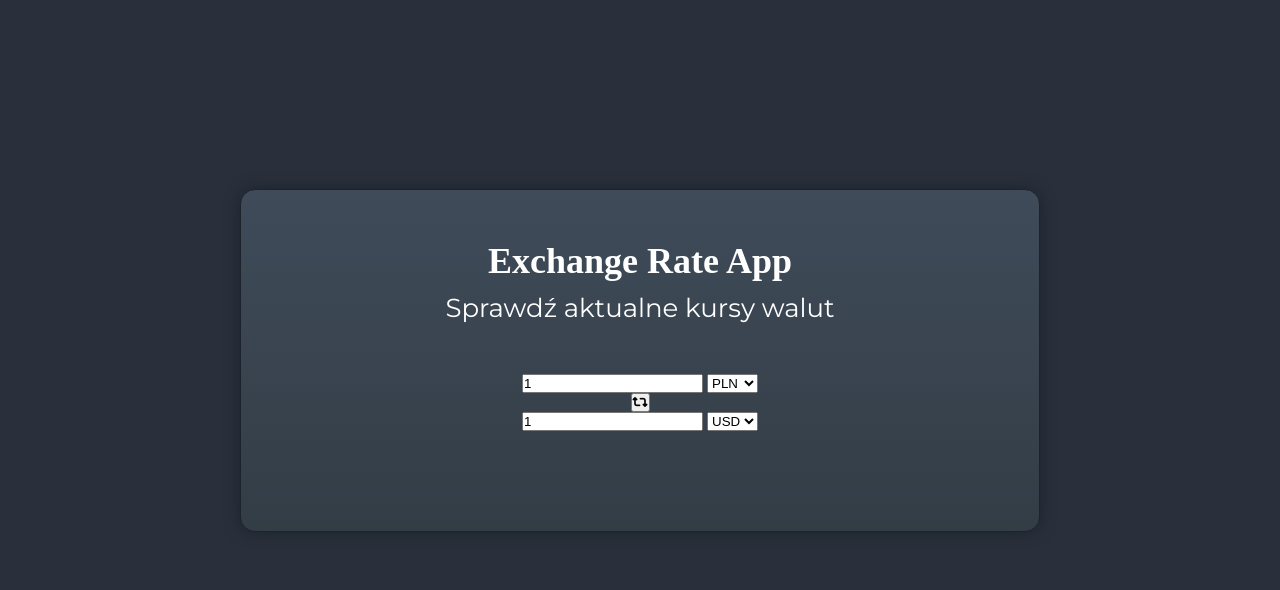
Repository: KrzysKolo/Projekt-6_Kantor
Page: index.html
The author's editor kept a copy of each file at every save. The page is drawn from the files as they stood at one save, then again after the next save.
The browser window is 1280 px wide. The pictures show the whole page.
Some web fonts or font styles are not loaded; a fallback is used. Some web libraries are served in a nearby version.

Above is the page before, as saved 2020-07-12 06:04:16.

After the next save:
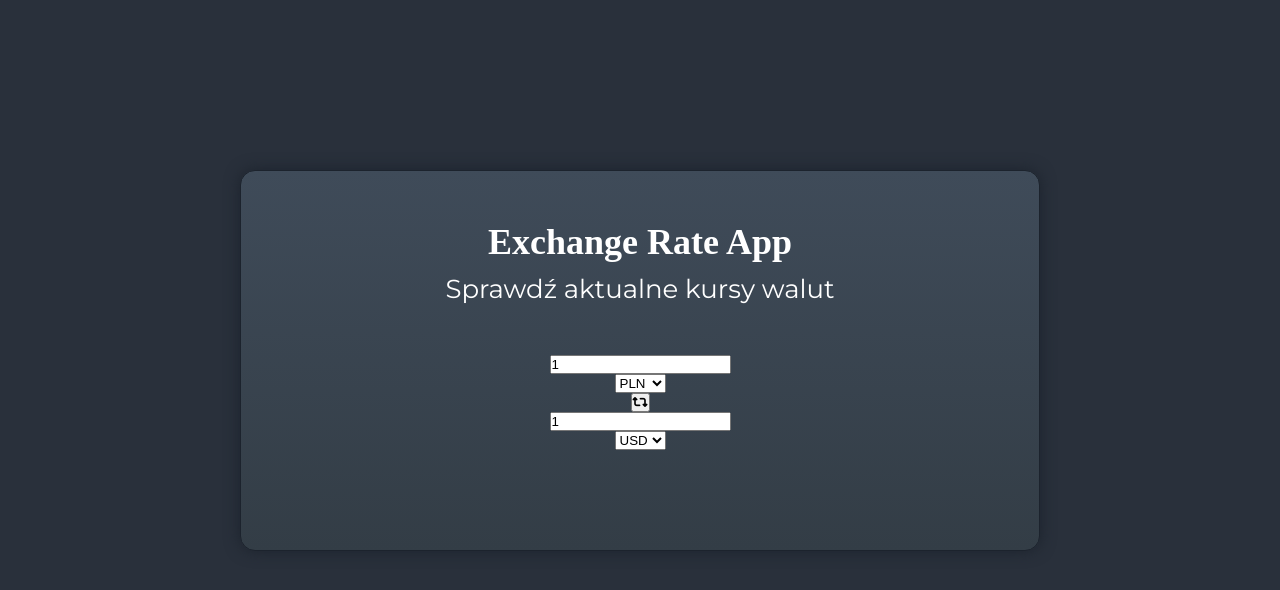
Saved 4 min 28 s later.
--- a/css/style.css
+++ b/css/style.css
@@ -32,3 +32,14 @@ body {
 
   font-family: "Montserrat", sans-serif;
 }
+.app-body {
+  display: flex;
+  flex-direction: column;
+  align-items: center;
+}
+.section-left,
+.section-right {
+  display: flex;
+  flex-direction: column;
+  align-items: center;
+}
